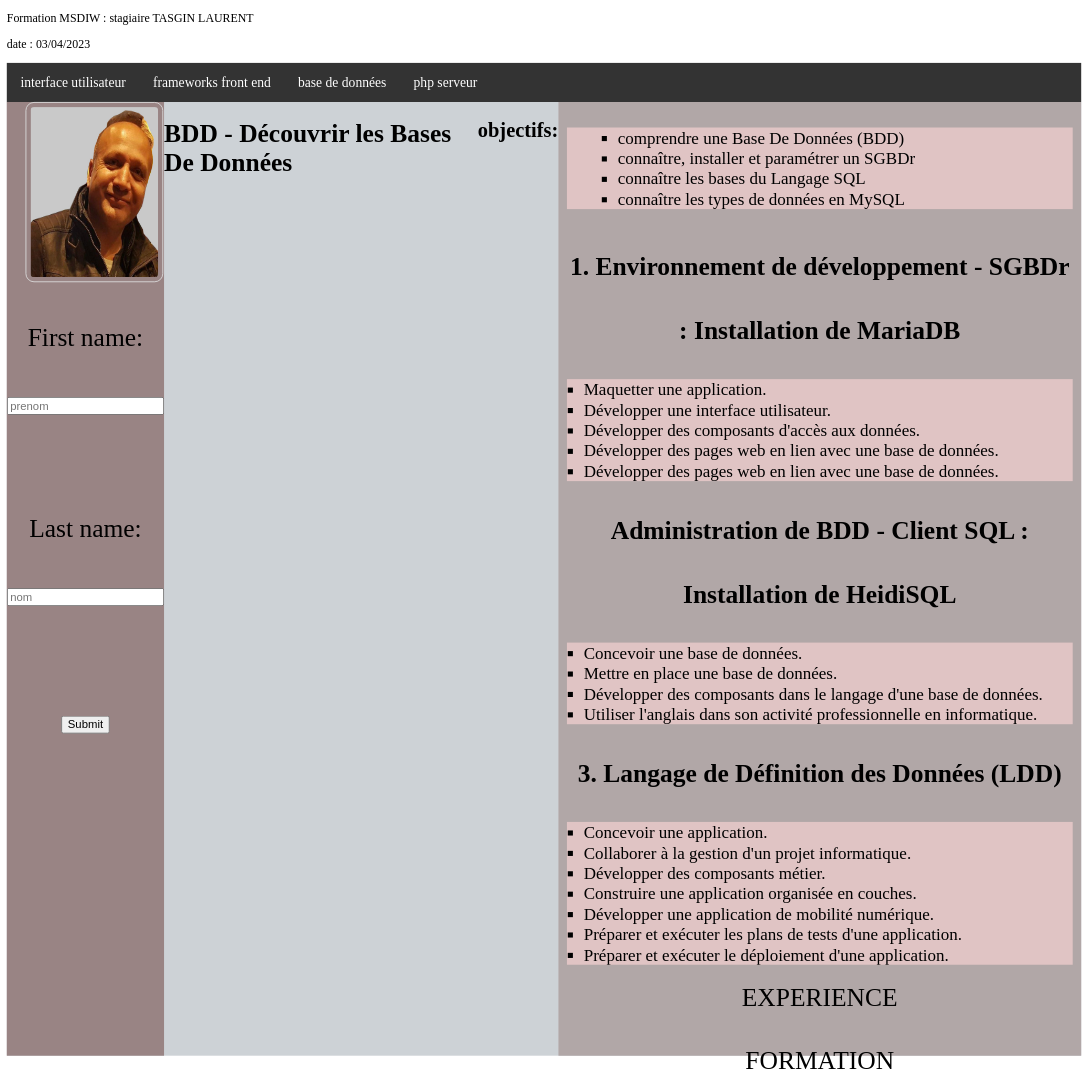
Repository: laurentbul/ApplicationEssai
Page: exercice/ex1/stagiaire_laurent/BACK/BDD/SQL/bdd1_alimenter.html
An editor plug-in stored every save of this project. The page is shown before and after the next save, followed by the edit.
The browser window is 1280 px wide. The pictures show the whole page, at 85% of full size.

Above is the page before, as saved 2023-04-06 06:41:44.

### exercice/ex1/stagiaire_laurent/BACK/BDD/SQL/bdd1_alimenter.html
<!DOCTYPE html>
<html lang="en">

<head>
  <meta charset="UTF-8">
  <meta http-equiv="X-UA-Compatible" content="IE=edge">
  <meta name="viewport" content="width=device-width, initial-scale=1.0">
  <link rel="icon" type="image/x-icon" sizes="30x30" href="../IMG/img.jpeg">
  <link rel="stylesheet" href="/FRONT/STATIQUE/CSS/msdiw.css">
  <title>Document</title>
  <style>
  </style>
</head>
</head>

<body>
  <p>Formation MSDIW : stagiaire TASGIN LAURENT</p>
  <p>date : 03/04/2023</p>
  <ul>
    <li><a href="./interface_utilisateur.html">interface utilisateur</a></li>
    <li><a href="./interface_utilisateur.html">frameworks front end</a></li>
    <li><a href="./interface_utilisateur.html">base de données</a></li>
    <li><a href="./interface_utilisateur.html">php serveur</a></li>
  </ul>
  <!-- <div>
        <input type="color" id="head" name="head" value="blue">
        <label for="head">Head</label>
    </div> -->
  <div class="flex-container">
    <div class="div_gauche">
      <img src="../IMG/img.jpeg" alt="photo d'identité" width="200" height="200">
      <form action="/action_page.php">
        <label for="fname">First name:</label>
        <input type="text" id="fname" name="fname" placeholder="prenom"><br><br>
        <label for="lname">Last name:</label>
        <input type="text" id="lname" name="lname" placeholder="nom"><br><br>
        <input type="submit" value="Submit">
      </form>
    </div>
    <h1>BDD - Découvrir les Bases De Données</h1>
    <h3>objectifs:</h3>
    <div class="div_droite">
      <div>



        <ol class="paragraphe">
            <li class="competence" >comprendre une Base De Données (BDD)</li>
            <li class="competence" >connaître, installer et paramétrer un SGBDr</li>
            <li class="competence" >connaître les bases du Langage  SQL</li>
            <li class="competence" >connaître les types de données  en MySQL</li>
        </ol>



        <h1 class="titre">1. Environnement de développement - SGBDr : Installation de MariaDB</h1>
        <ul class="paragraphe" >
          <li class="competence"> Maquetter une application.</li>
          <li class="competence"> Développer une interface utilisateur.</li>
          <li class="competence"> Développer des composants d'accès aux données.</li>
          <li class="competence"> Développer des pages web en lien avec une base de données.</li>
          <li class="competence"> Développer des pages web en lien avec une base de données.</li>
        </ul>
        <h1 class="titre">Administration de BDD - Client SQL : Installation de HeidiSQL</h1>
        <ul class="paragraphe" >
          <li class="competence">Concevoir une base de données.</li>
          <li class="competence">Mettre en place une base de données.</li>
          <li class="competence">Développer des composants dans le langage d'une base de données.</li>
          <li class="competence"> Utiliser l'anglais dans son activité professionnelle en informatique.</li>
        </ul>
        <h1 class="titre">3. Langage de Définition des Données (LDD)</h1>
        <ul class="paragraphe">
          <li class="competence"> Concevoir une application.</li>
          <li class="competence"> Collaborer à la gestion d'un projet informatique.</li>
          <li class="competence"> Développer des composants métier.</li>
          <li class="competence"> Construire une application organisée en couches.</li>
          <li class="competence"> Développer une application de mobilité numérique.</li>
          <li class="competence"> Préparer et exécuter les plans de tests d'une application.</li>
          <li class="competence"> Préparer et exécuter le déploiement d'une application.</li>
        </ul>
      </div>
      <div>EXPERIENCE</div>
      <div>FORMATION</div>
    </div>
</body>

</html>

### exercice/ex1/stagiaire_laurent/FRONT/STATIQUE/CSS/msdiw.css
.corps{
    background-color: rgb(201, 149, 71);
    width:900px;
    border: 1px;
  margin-top: 10px;
  margin-left: auto;
  margin-right: auto;
  padding:50px;
}
.paragraphe{
    background-color: #e0c4c4;
    line-height:80%;
    list-style-type:square;
}
.competence{
    font-size: 20px;
    margin-left: 20px;
    float:none;
    text-align:left;
}


h1 {
    font-size: 30px;
  }

  h3 {
 display: block;
  font-size: 1.5em;
  margin-top: 0.83em;
  margin-bottom: 0.83em;
  margin-left: 0;
  margin-right: 0;
  font-weight: bold;
  }

  p {
    font-size: 14px;
  }

.flex-container {
    display: flex;
    flex-direction: row;
    background-color: rgb(205, 210, 214);
  }

  .flex-container > div {

    text-align: center;
    line-height: 75px;
    font-size: 30px;
  }

  .div_gauche{
    background-color: #998484;
    width: 200px;
    margin-left: auto;
    height: 1122px; ;
  }
  .div_droite{
    background-color: #b1a7a7;
    width: 800px;
    height: 1122px;
    margin-right: auto;
    padding-left: 10px;
    padding-right: 10px;
  }

ul {
    list-style-type: none;
    margin: 0;
    padding: 0;
    overflow: hidden;
    background-color: #333;
}

li {
    float: left;
}

li a {
    display: block;
    color: white;
    text-align: center;
    padding: 14px 16px;
    text-decoration: none;
}

li a:hover {
    background-color: #111;
}

.meta{
    /* background-color: rgb(168, 161, 166); */
    width: 900px;
}
.title{
    /* background-color: rgb(221, 219, 214); */
    width: 600px;
}
.utf8{
    /* background-color: rgb(198, 204, 207); */
    width: 600px;
}
.image{
    /* background-color: rgb(198, 204, 207); */
    width: 600px;
}
.css{
    /* background-color: rgb(198, 204, 207); */
    width: 600px;
}
img {
    border: 1px solid #ddd;
    border-radius: 10px;
    padding: 5px;
    width: 150px;
    margin-left: 20px;

  }

After the next save:
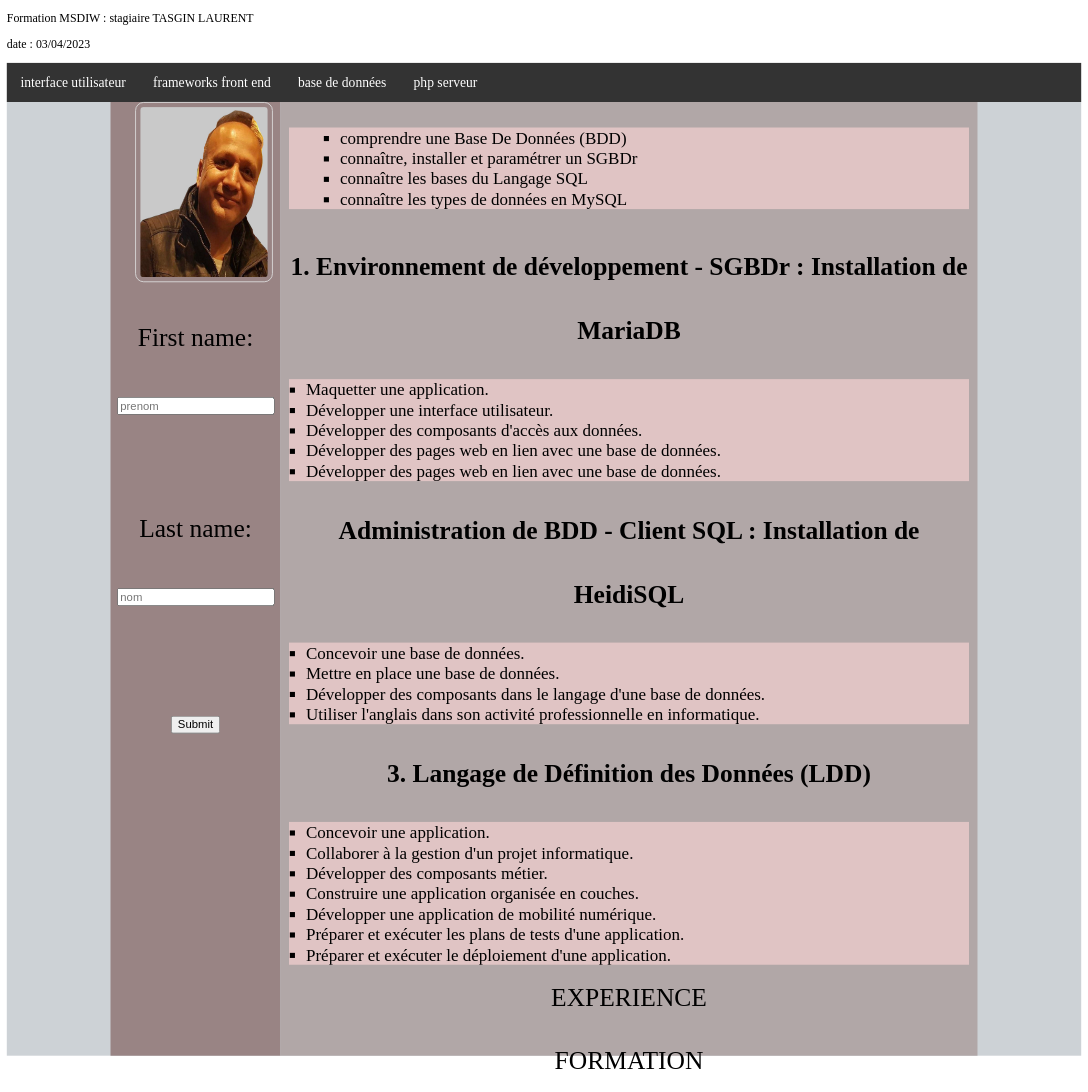
Saved 28 s later.
--- a/exercice/ex1/stagiaire_laurent/BACK/BDD/SQL/bdd1_alimenter.html
+++ b/exercice/ex1/stagiaire_laurent/BACK/BDD/SQL/bdd1_alimenter.html
@@ -37,8 +37,7 @@
         <input type="submit" value="Submit">
       </form>
     </div>
-    <h1>BDD - Découvrir les Bases De Données</h1>
-    <h3>objectifs:</h3>
+
     <div class="div_droite">
       <div>
 
